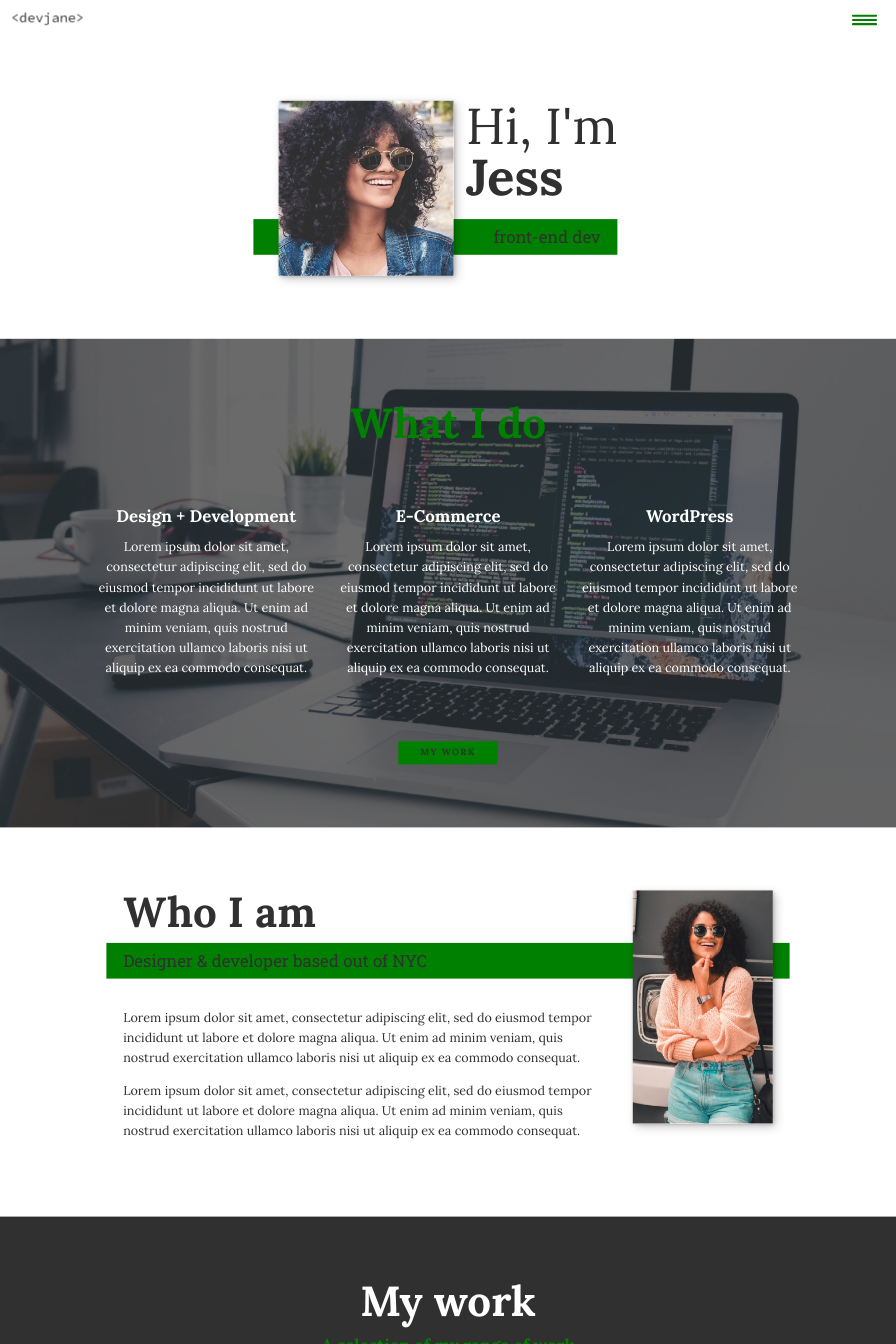
Repository: DinoDime/site
Page: index.html
These files come from the project's save history. The page is drawn as it stood at one moment and after the next save; the edit follows.
The browser window is 1280 px wide. The pictures show the part of the page from y = 0 to 1920 px (the page is 3231 px tall before and 3293 px after), at 70% of full size.
Some web libraries are served in a nearby version.

Above is the page before, as saved 2021-04-29 07:57:59.

After the next save:
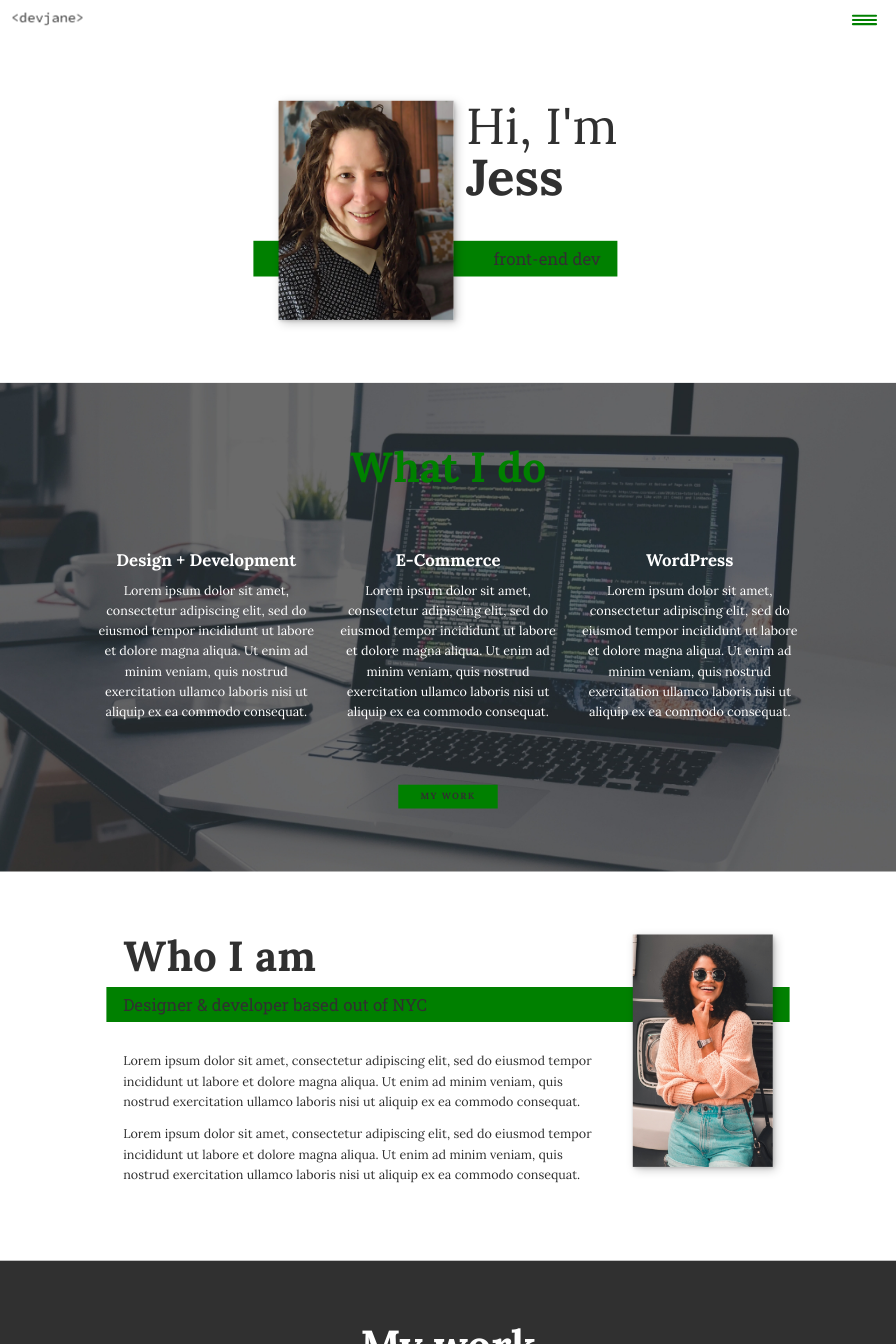
Saved 2 min 1 s later.
--- a/index.html
+++ b/index.html
@@ -58,7 +58,7 @@
       </h1>
       <p class="section__subtitle section__subtitle--intro">front-end dev</p>
       <img
-        src="img/dev-jane-01.jpg"
+        src="img/jess.jpg"
         alt="a picture of Jane Smith smiling"
         class="intro__img"
       />
